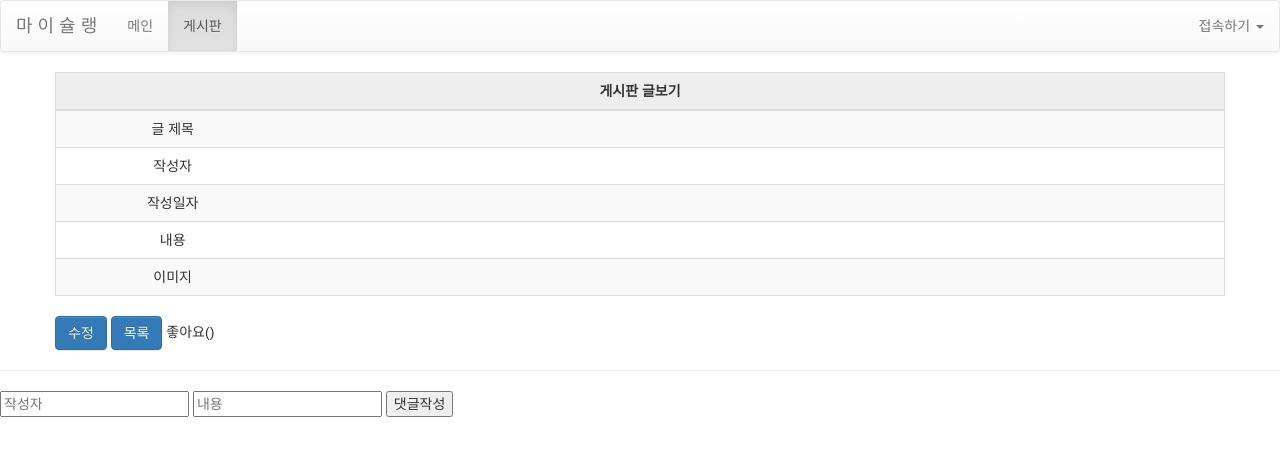
Repository: serendipity63/mychelin
Page: http://localhost/board/WEB-INF/views/detailform.jsp
An editor plug-in stored every save of this project. The page is shown before and after the next save, followed by the edit.
The browser window is 1280 px wide. The pictures show the whole page.
Some web libraries are served in a nearby version. The page is served by Tomcat 9. Nobody is signed in. Other server files are loaded and not shown. The template is opened directly, without the code that normally fills it, so the values that code supplies are empty.

Above is the page before, as saved 2024-01-11 09:34:49.
Console error (its wording comes from the project's code and is left out).

### board/src/main/webapp/WEB-INF/views/detailform.jsp
<%@ page language="java" contentType="text/html; charset=UTF-8"
	pageEncoding="UTF-8"%>
<%@ taglib prefix="c" uri="http://java.sun.com/jsp/jstl/core"%>
<c:set var="contextPath" value="${pageContext.request.contextPath }" />
<!DOCTYPE html>
<html>
<head>
<meta charset="UTF-8">
<meta http-equiv="Content-Type" content="text/html; charset=UTF-8">
<meta name="viewport" content="width=device-width" , initial-scale="1">
<link rel="stylesheet" type="text/css" href="https://maxcdn.bootstrapcdn.com/bootstrap/3.3.7/css/bootstrap.min.css">
<link rel="stylesheet" type="text/css" href="https://maxcdn.bootstrapcdn.com/bootstrap/3.3.7/css/bootstrap-theme.min.css">
<script src="https://maxcdn.bootstrapcdn.com/bootstrap/3.3.7/js/bootstrap.min.js"></script>
<link rel="stylesheet" type="text/css"
	href="${contextPath}/resources/static/css/bootstrap.css">
<script src="https://code.jquery.com/jquery-3.1.1.min.js"></script>
<script src="${contextPath}/resources/static/js/bootstrap.js"></script>
<title>JSP 게시판 사이트</title>

<script type="text/javascript">
	$(function() {
		$('#heart')
				.click(
						function() {
							$
									.ajax({
										url : '${contextPath}/like',
										type : 'post',
										data : {
											'num' : '<c:out value= "${board.num}"/>'
										},
										success : function(res) {
											console.log(res);
											if (res === "true") {
												$("#heart")
														.attr("src",
																"${contextPath}/resources/img/like.png")
												$("#likecount")
														.text(
																+$("#likecount")
																		.text() + 1);
											} else {
												$("#heart")
														.attr("src",
																"${contextPath}/resources/img/unlike.png")
												$("#likecount")
														.text(
																+$("#likecount")
																		.text() - 1);
											}
										},
										error : function(err) {
											console.log(err);
										}
									})
						})
	})
</script>
</head>
<body>
	<nav class="navbar navbar-default">
		<div class="navbar-header">
			<button type="button" class="navbar-toggle collapsed"
				data-toggle="collapse" data-target="#bs-example-navbar-collapse-1"
				aria-expanded="false">
				<span class="icon-bar"></span> <span class="icon-bar"></span> <span
					class="icon-bar"></span>
			</button>
			<a class="navbar-brand" href="${contextPath}/main">마 이 슐 랭</a>
		</div>
		<div class="collapse navbar-collapse"
			id="bs-example-navbar-collapse-1">
			<ul class="nav navbar-nav">
				<li><a href="${contextPath}/main">메인</a></li>
<li class="active"><a href="${contextPath}/boardlist">게시판</a></li>
			</ul>
			<c:choose>

				<c:when test="${user eq Empty}">


					<ul class="nav navbar-nav navbar-right">
						<li class="dropdown"><a href="#" class="dropdown-toggle"
							data-toggle="dropdown" role="button" aria-haspopup="true"
							aria-expanded="false">접속하기 <span class="caret"></span>
						</a>
							<ul class="dropdown-menu">
								<li><a href="login">로그인</a></li>
								<li><a href="join">회원가입</a></li>
							</ul></li>
					</ul>

				</c:when>
				<c:otherwise>
					<ul class="nav navbar-nav navbar-right">
						<li class="dropdown"><a href="#" class="dropdown-toggle"
							data-toggle="dropdown" role="button" aria-haspopup="true"
							aria-expanded="false">회원관리 <span class="caret"></span>
						</a>
							<ul class="dropdown-menu">
								<li><a href="logout">로그아웃</a></li>
							</ul></li>
					</ul>
				</c:otherwise>
			</c:choose>
		</div>
	</nav>
	<div class="container" id="./writeForm">
		<div class="row">
			<input type="hidden" name="writer" value="${user.id }" />
			<table class="table table-striped"
				style="text-align: center; border: 1px solid #dddddd">
				<thead>
					<tr>
						<th colspan="3"
							style="background-color: #eeeeee; text-align: center">게시판
							글보기</th>
					</tr>
				</thead>
				<tbody>

					<tr>

						<td style="width: 20%;">글 제목</td>
						<td colspan="2" style="text-align: left;">${board.subject }</td>
					</tr>
					<tr>

						<td>작성자</td>
						<td colspan="2" style="text-align: left;">${board.writer }</td>
					</tr>
					<tr>

						<td>작성일자</td>
						<td colspan="2" style="text-align: left;">${board.writedate }</td>
					</tr>
					<tr>
						<td>내용</td>
						<td colspan="2" style="min-height: 200px; text-align: left;">${board.content }
						</td>
					</tr>
					<tr>
						<td>이미지</td>
						<td colspan="2" style="min-height: 200px; text-align: left;"><c:choose>
								<c:when test="${board.fileurl ne null}">
									<img src="${contextPath }/image/${board.fileurl}" width="100px"
										height="100px" />
								</c:when>

							</c:choose></td>

					</tr>
				</tbody>
			</table>
			<c:if test="${user.id eq board.writer }">
				<a href="${contextPath }/boardmodify/${board.num}/${page}"
					class="btn btn-primary">수정</a>
			</c:if>
			<a href="${contextPath }/boardlist?page=${page}"
				class="btn btn-primary">목록</a> 좋아요(<span id="likecount">${board.likecount }</span>)&nbsp;&nbsp;
			<c:if test="${user ne Empty }">
				<c:choose>
					<c:when test="${select==true }">
 						<img id="heart" src="${contextPath }/resources/img/like.png"
							width="20px" height="20px" />


					</c:when>
					<c:otherwise>
						<img id="heart" src="${contextPath }/resources/img/unlike.png"
							width="20px" height="20px" />
					</c:otherwise>
				</c:choose>
			</c:if>

		</div>

	</div>
<!-- 댓글 시작 -->
<hr/>
<!--
<ul>
	<li>첫번째 댓글</li>
	<li>두번째 댓글</li>
	<li>세번째 댓글</li>
</ul>

<div>
	<p>
		<label>댓글 작성자</label> <input type="text">
	</p>
	<p>
		<textarea rows="5" cols="50"></textarea>
	</p>
	<p>
		<button type="button">댓글 작성</button>
	</p>
</div> -->

<input type="text" id="commentWriter" placeholder="작성자">
<input type="text" id="commentContents" placeholder="내용">
<button id="comment-write-btn" onclick="commentWrite()">댓글작성</button>

</body>
</html>

Loaded but not shown: board/src/main/webapp/resources/static/css/bootstrap.css (library); board/src/main/webapp/resources/static/js/bootstrap.js (library)

After the next save:
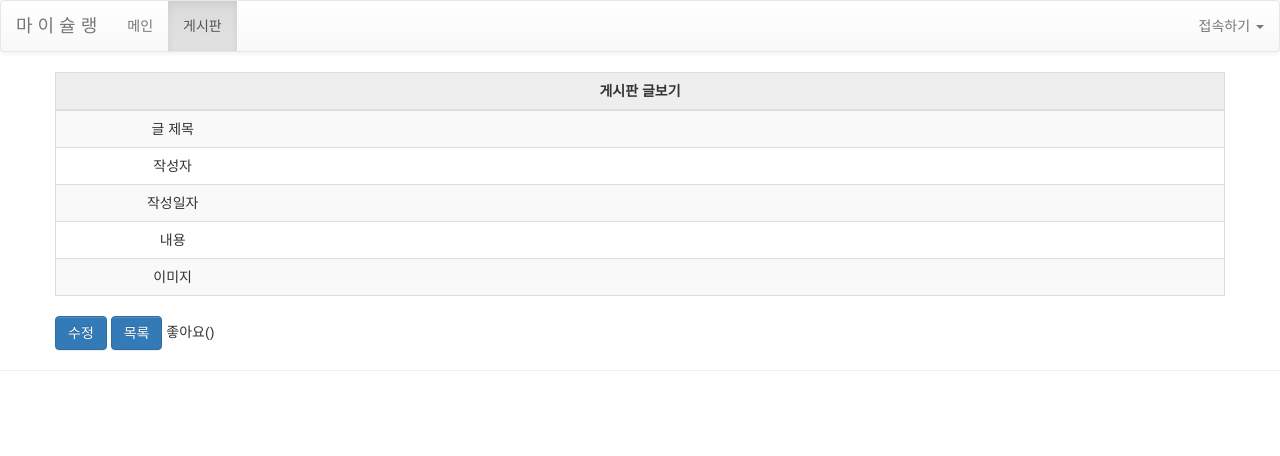
Saved 78 s later.
--- a/board/src/main/webapp/WEB-INF/views/detailform.jsp
+++ b/board/src/main/webapp/WEB-INF/views/detailform.jsp
@@ -197,9 +197,9 @@
 	</p>
 </div> -->
 
-<input type="text" id="commentWriter" placeholder="작성자">
+<!-- <input type="text" id="commentWriter" placeholder="작성자">
 <input type="text" id="commentContents" placeholder="내용">
-<button id="comment-write-btn" onclick="commentWrite()">댓글작성</button>
+<button id="comment-write-btn" onclick="commentWrite()">댓글작성</button> -->
 
 </body>
 </html>
